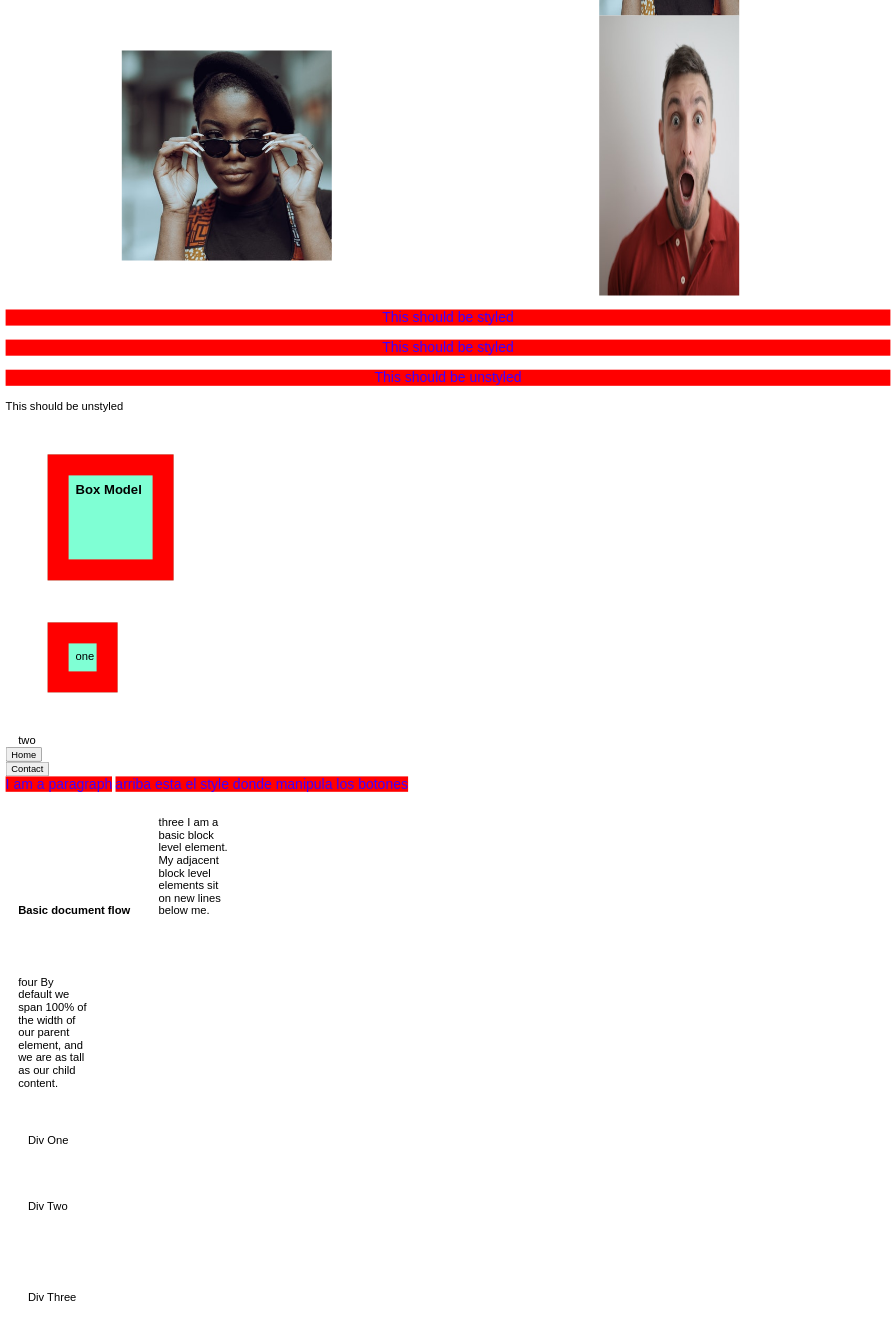
Repository: HeliosAI9/First-test-website
Page: mywebsite/html-boilerplate/pagetwo.html
The author's editor kept a copy of each file at every save. The page is drawn from the files as they stood at one save, then again after the next save.
The browser window is 1280 px wide. The pictures show the part of the page from y = 1033 to 2953 px (the page is 2935 px tall before and 2953 px after), at 70% of full size.

Above is the page before, as saved 2023-05-31 09:51:30.
Not found: mywebsite/html-boilerplate/script.js

### mywebsite/html-boilerplate/pagetwo.html
<!DOCTYPE html>
<html lang="en">
<head>
  <meta charset="UTF-8">
  <meta http-equiv="X-UA-Compatible" content="IE=edge">
  <meta name="viewport" content="width=device-width, initial-scale=1.0">
  <title>Combined Assignments</title>
  <link rel="stylesheet" href="css/style.css">
</head>
<body>
  <h1>Hello World!</h1>

  <div class="first-element">First Element</div>
  <div class="second-element">Second Element</div>
  <p class="odd">Number 1 - in my class</p>
  <p id="second">Number 2 in life and one in ID</p>
  <p class="odd">I'm a class but cooler 3</p>
  <p id="fourth" class="odd">I'm another ID</p>
  <p class="odd">I'm a class</p>

  <button class="inverted">Click Me!</button>
  <button class="fancy">No, Click Me!</button>

  <h2>Cascade and Specificity</h2>
  <p class="para">This exercise focuses on understanding the cascade and specificity in CSS.</p>
  <p class="para small-para">By adjusting the rule order and selector specificity, we can control how styles are applied to elements.</p>
  <button id="confirm-button" class="button confirm">Understanding the cascade helps us avoid conflicts and create targeted styles for specific elements.</button>
  <button id="cancel-button" class="button cancel">We can leverage combinators, selectors, and rule order to achieve the desired style hierarchy.</button>
  <div class="text">By mastering the cascade, we gain greater control over the appearance of our web pages.</div>
  <div class="text">I'm a div with thin text and a child div!
    <div class="child">I'm a smaller child div with extra bold text.</div>
  </div>

  <div class="image-container">
    <img src="images/pexels-andrea-piacquadio-3777931.jpg" alt="Avatar" class="avatar proportioned">
    <img src="images/pexels-katho-mutodo-8434791.jpg" alt="Distorted" class="avatar distorted">
  </div>
  <div class="image-container">
    <img src="images/pexels-katho-mutodo-8434791.jpg" alt="Avatar" class="avatar proportioned">
    <img src="images/pexels-andrea-piacquadio-3777931.jpg" alt="Distorted" class="avatar distorted">
  </div>

  <div>
    <p>This should be styled</p>
    <div>
      <p>This should be styled</p>
      <p>This should be unstyled</p>
    </div>
  </div>
  <p>This should be unstyled</p>

  <h3 class="class">Box Model</h3>
  <p class="one">one</p>
  <p class="two">two</p>


  <script src="script.js"></script>

  <div id="my-section">
    <style>
      #my-section button {
        display: block;
      }
      #my-section p {
        display: inline;
      }
    </style>
    <button>Home</button>
    <button>Contact</button>
    <p>I am a paragraph</p>
    <p>arriba esta el style donde manipula los botones</p>
  </div>


  <h4 class="class">Basic document flow</h4>

  <p class="three">three I am a basic block level element. My adjacent block level elements sit on new
    lines below me.
  </p>

  <p class="four">four By default we span 100% of the width of our parent element, and we are as tall
    as our child content.
  </p>

  <div class="div-one assignment-div">Div One</div>
  <div class="div-two assignment-div">Div Two</div>
  <div class="div-three assignment-div">Div Three</div>

</body>
</html>

### mywebsite/html-boilerplate/css/style.css
/* Styles from your previous assignments */
.first-element {
    background-color: black;
    color: white;
    font-size: 28px;
    font-family: "Helvetica", "Times New Roman", sans-serif;
  }

  .second-element {
    background-color: yellow;
    font-size: 28px;
    font-family: "Helvetica", "Times New Roman", sans-serif;
  }

  .odd {
    background-color: lightpink;
    font-family: "Verdana", "DejaVu Sans", sans-serif;
  }

  #second {
    color: blue;
    font-size: 36px;
  }

  #fourth {
    background-color: lightgreen;
    font-size: 24px;
    font-weight: bold;
  }

  /* Styles from the new assignment */
  .avatar.proportioned {
    width: 300px;
    aspect-ratio: 1/1; /* Maintain original square proportions */
  }

  .avatar.distorted {
    width: 200px;
    height: 400px; /* Height is twice the width */
  }

  .image-container {
    display: grid;
    grid-template-columns: repeat(2, 1fr); /* Update the value to 1fr */
    gap: 0; /* Set the gap value to 0 */
    justify-items: center; /* Center the items horizontally */
    align-items: center; /* Center the items vertically */
  }

  div p {
    background-color: rgb(255, 0, 0);
    color: rgb(64, 0, 255);
    font-size: 20px;
    text-align: center;
  }

  body {
    font-family: Arial, Helvetica, sans-serif;
  }

  h2.para,
  h2.small-para {
    color: hsl(0, 0%, 0%);
    font-weight: 800;
  }

  h2.para {
    font-size: 22px;
  }

  .button.confirm {
    background-color: green;
    color: white;
    font-weight: bold;
  }

  h2.text .child {
    color: rgb(0, 0, 0);
    font-weight: 800;
    font-size: 14px;
  }

  h3.class {
    background-color: aquamarine;
    padding: 10px;
    border: 30px solid red;
    margin: 60px;
    height: 100px;
    width: 100px;
  }

  .one {
    background-color: aquamarine;
    padding: 10px;
    border: 30px solid red;
    margin: 60px;
    height: 100px;
    width: 100px;
    box-sizing: border-box;
  }

  .two {
    display: inline;
    width: 100px;
    height: 160px;
    padding: 18px;
  }

  h4.class {
    display: inline;
    width: 100px;
    height: 160px;
    padding: 18px;
  }

  .three {
    display: inline-block;
    width: 100px;
    height: 160px;
    padding: 18px;
  }

  .four {
    display: block;
    width: 100px;
    height: 160px;
    padding: 18px;
  }

  .assignment-div {
    padding: 32px;
  }

  .assignment-div.div-one {
    margin-bottom: 12px;
  }

  .assignment-div.div-two {
    margin-bottom: 48px;
  }

  .assignment-div.div-three {
    margin-left: auto;
  }

After the next save:
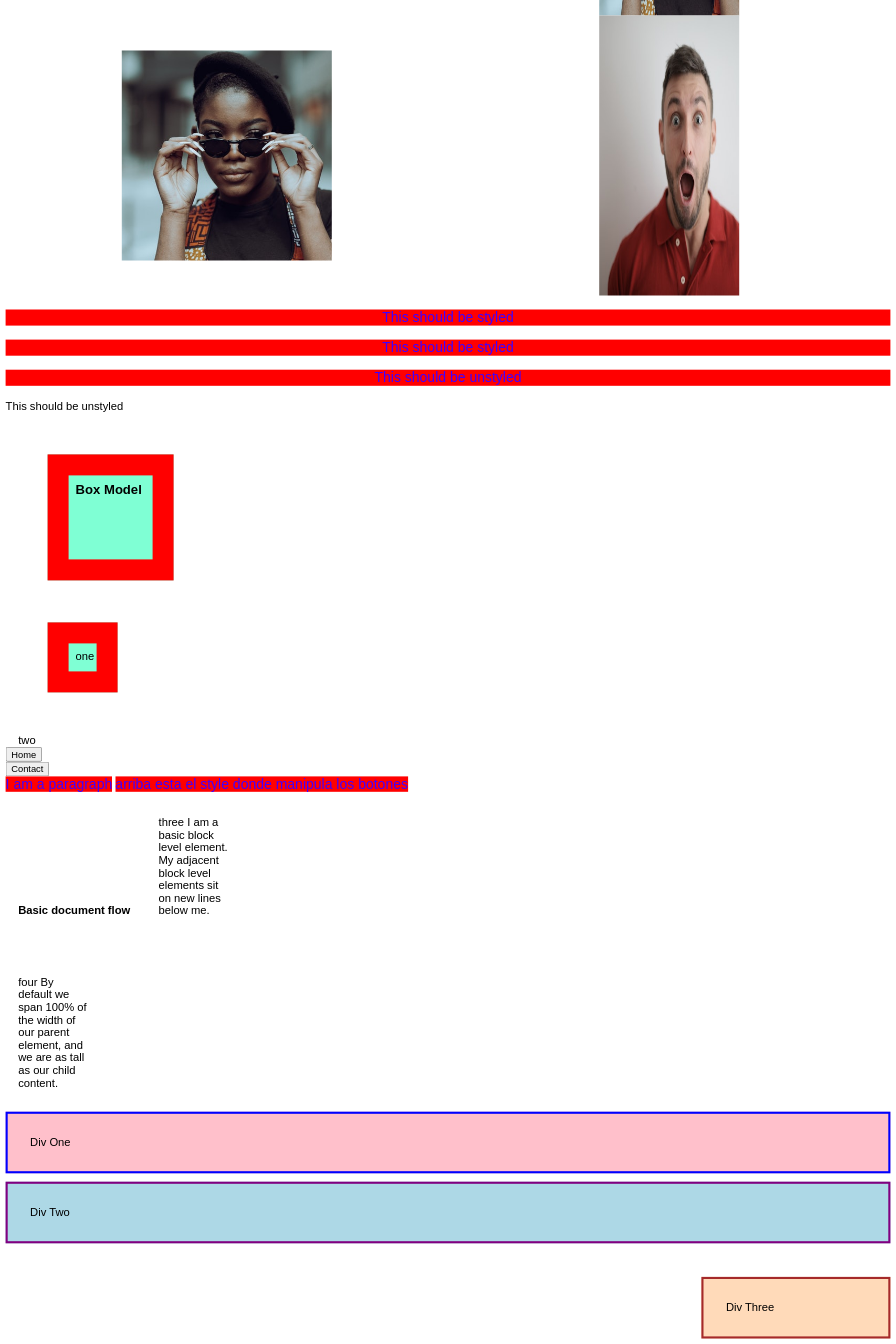
Saved 7 min 52 s later.
--- a/mywebsite/html-boilerplate/css/style.css
+++ b/mywebsite/html-boilerplate/css/style.css
@@ -133,12 +133,23 @@
 
   .assignment-div.div-one {
     margin-bottom: 12px;
+    background: pink;
+    border: 3px solid blue;
+    padding: 32px;
+
   }
 
   .assignment-div.div-two {
     margin-bottom: 48px;
+    background: lightblue;
+    border: 3px solid purple;
   }
 
   .assignment-div.div-three {
     margin-left: auto;
+    background: peachpuff;
+    border: 3px solid brown;
+    width: 200px;
+    padding: 32px;
+
   }
